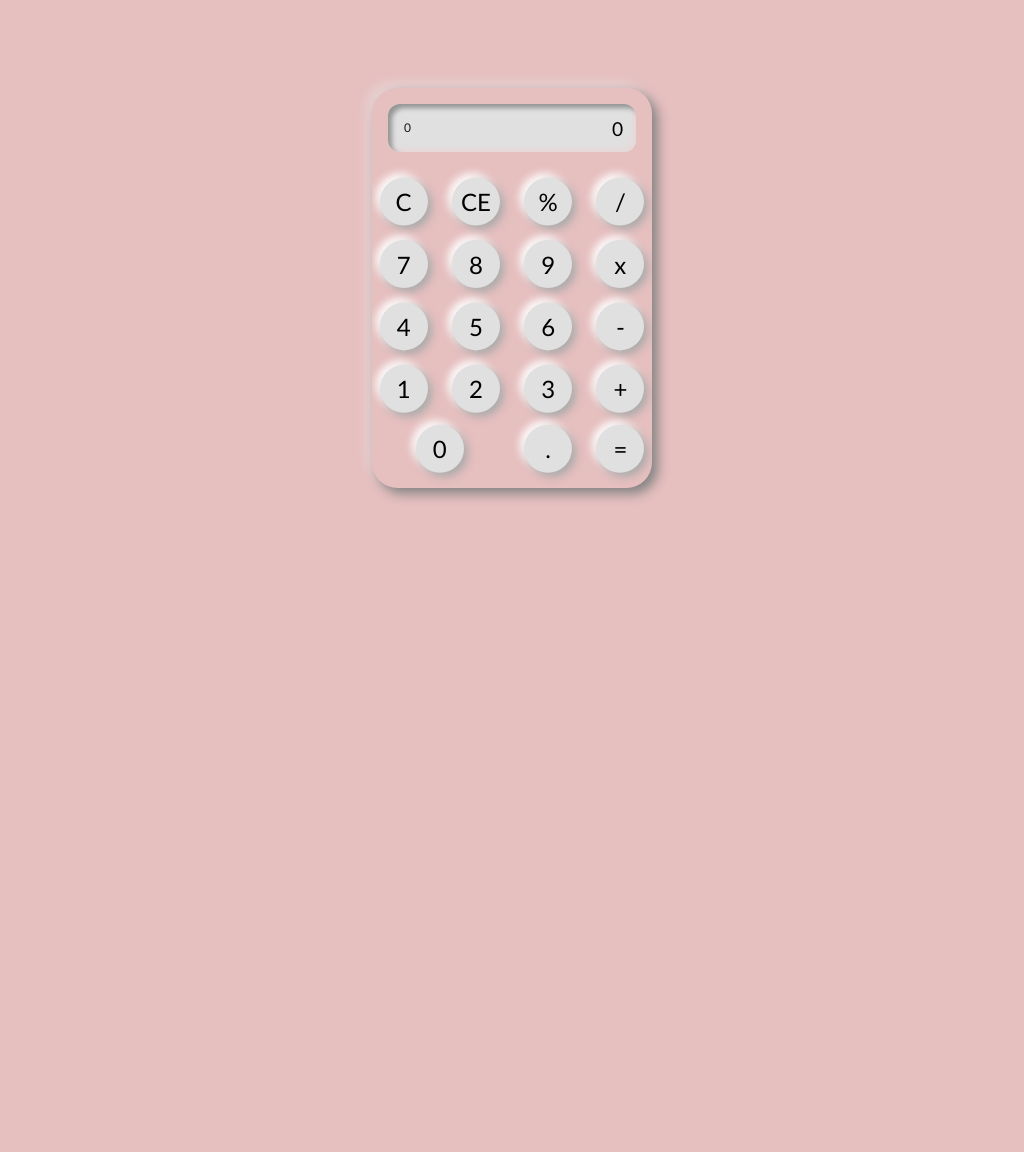
Repository: Goldmyn/Calculator
Page: index.html
An editor plug-in stored every save of this project. The page is shown before and after the next save, followed by the edit.
The browser window is 1280 px wide. The pictures show the whole page, at 80% of full size.

Above is the page before, as saved 2022-09-28 04:29:55.

After the next save:
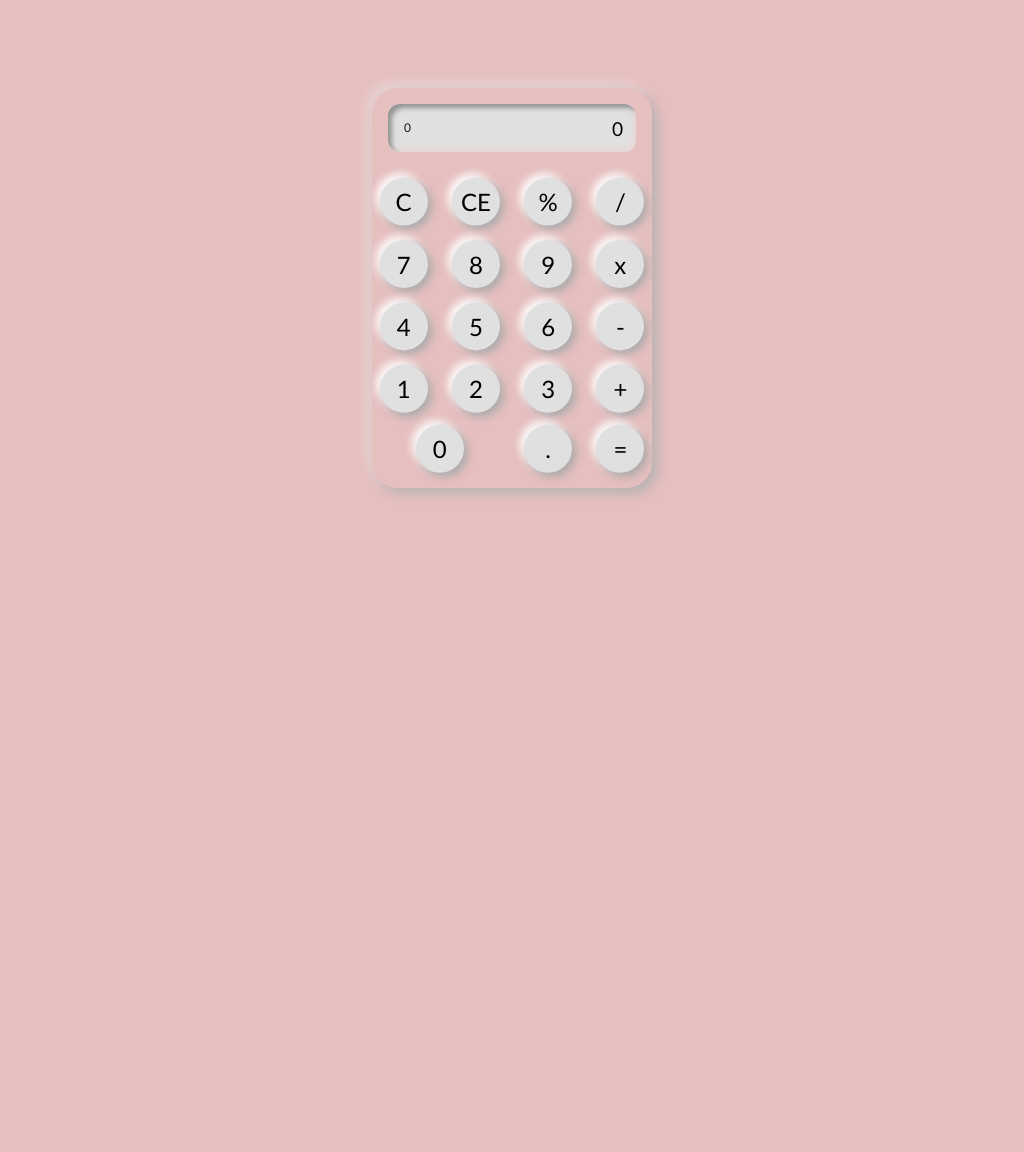
Saved 14 s later.
--- a/index.css
+++ b/index.css
@@ -21,7 +21,7 @@
     max-width: 350px;
     border-radius: 32px;
     background: #e6bfbf;
-    box-shadow: 7px 7px 14px #828282, -7px -7px 14px #e7d3d3;
+    box-shadow: 7px 7px 14px #b8b2b2, -7px -7px 14px #e7d3d3;
     overflow: hidden;
   }
   .display {
